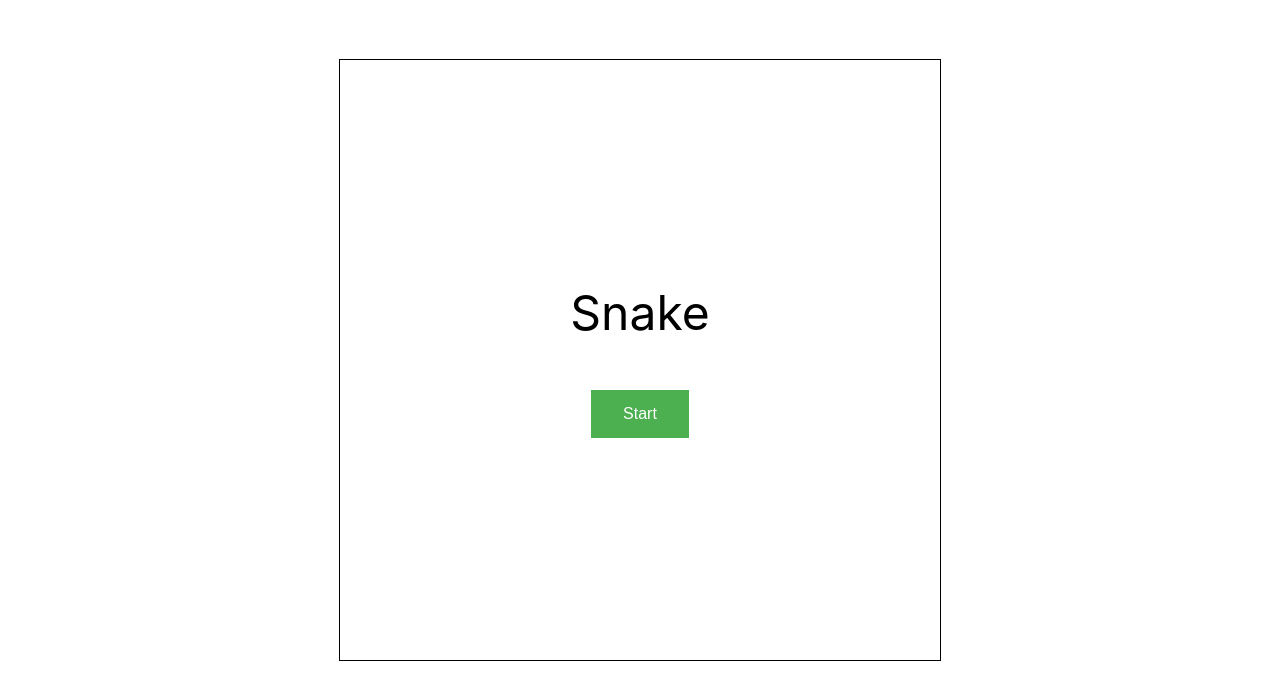
Repository: meills/react-snake
Page: /
These files come from the project's save history. The page is drawn as it stood at one moment and after the next save; the edit follows.
The browser window is 1280 px wide. The pictures show the whole page.
The project was rebuilt for these pictures with package versions that can differ from the ones it lists, and the page was loaded fresh each time. Also part of the build but not shown: src/components/Snakeboard.js, src/styles/App.css.

Above is the page before, as saved 2020-06-15 17:56:24.

After the next save:
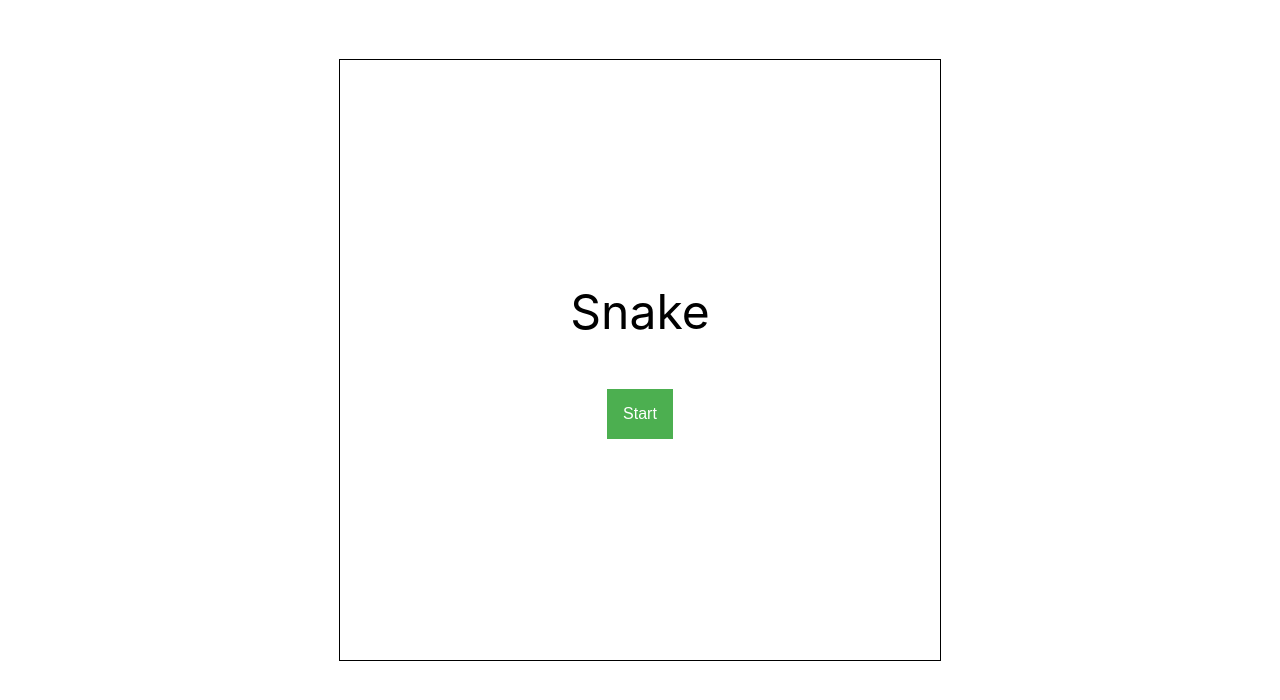
Saved 23 s later.
--- a/src/styles/snakeboard.css
+++ b/src/styles/snakeboard.css
@@ -27,7 +27,7 @@ button {
     background-color: #4CAF50; /* Green */
     border: none;
     color: white;
-    padding: 15px 32px;
+    padding: 1em 1em;
     text-align: center;
     text-decoration: none;
     display: inline-block;
